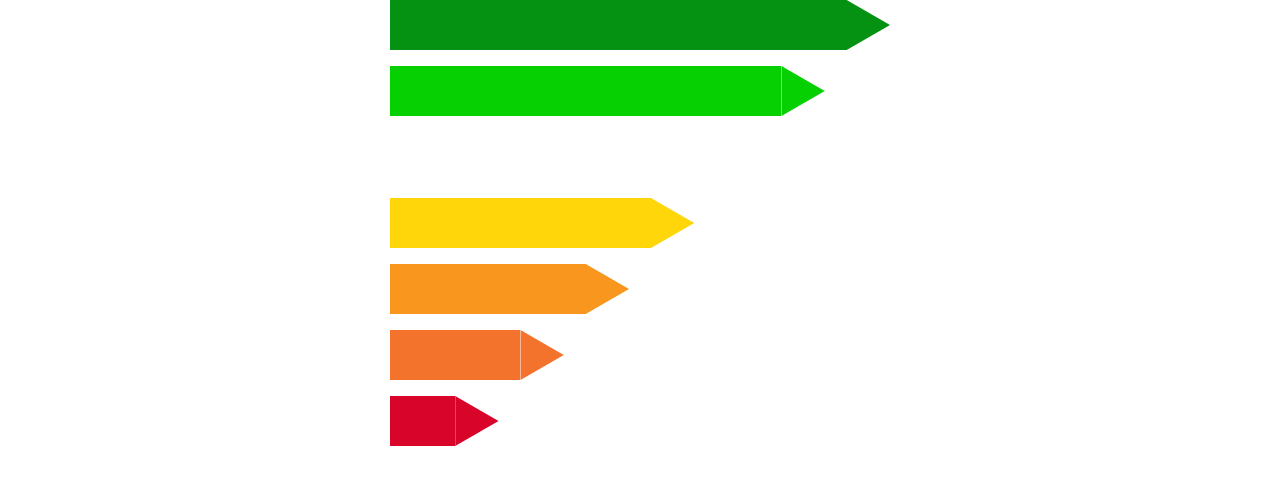
Repository: abdouAppcraft/Predict-DPE
Page: /result
These files come from the project's save history. The page is drawn as it stood at one moment and after the next save; the edit follows.
The browser window is 1280 px wide. The pictures show the whole page.
The project was rebuilt for these pictures with package versions that can differ from the ones it lists, and the page was loaded fresh each time. Also part of the build but not shown: src/hooks/useDpeOptions.tsx, src/screens/PredictForm/PredictForm.css, src/strings/string.ts, src/utils/computeData.ts, src/screens/PredictForm/PredictForm.tsx.

Above is the page before, as saved 2024-06-12 09:54:55.

After the next save:
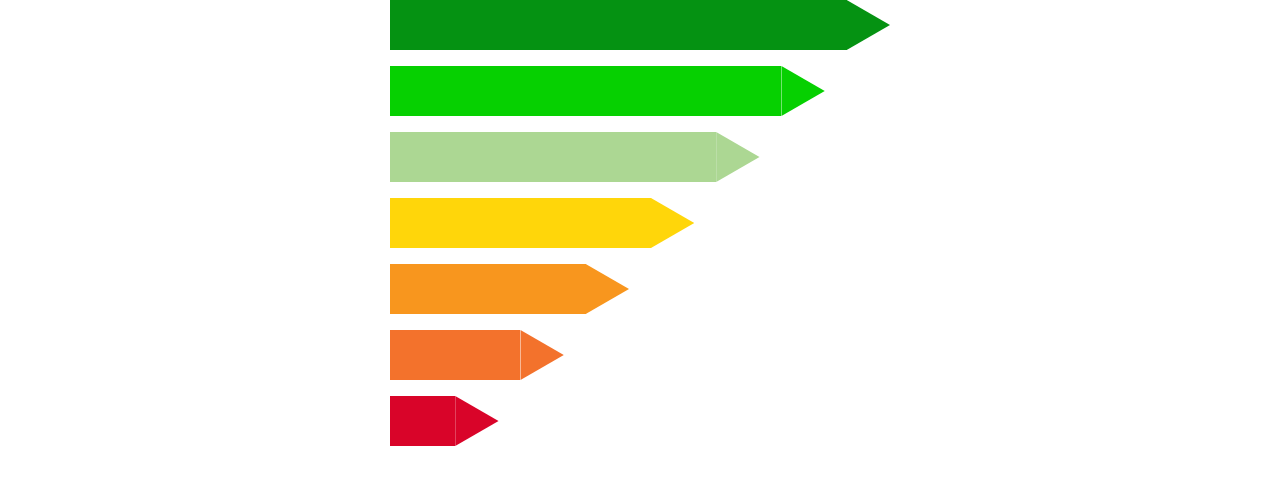
Saved 10 s later.
--- a/src/screens/Result/Result.tsx
+++ b/src/screens/Result/Result.tsx
@@ -6,7 +6,7 @@ type Props = {};
 const letter = [
   { label: "A", color: "#059212" },
   { label: "B", color: "#06D001" },
-  { label: "C", color: "ACD793" },
+  { label: "C", color: "#ACD793" },
   { label: "D", color: "#ffd60a" },
   { label: "E", color: "#f8961e" },
   { label: "F", color: "#f3722c" },
